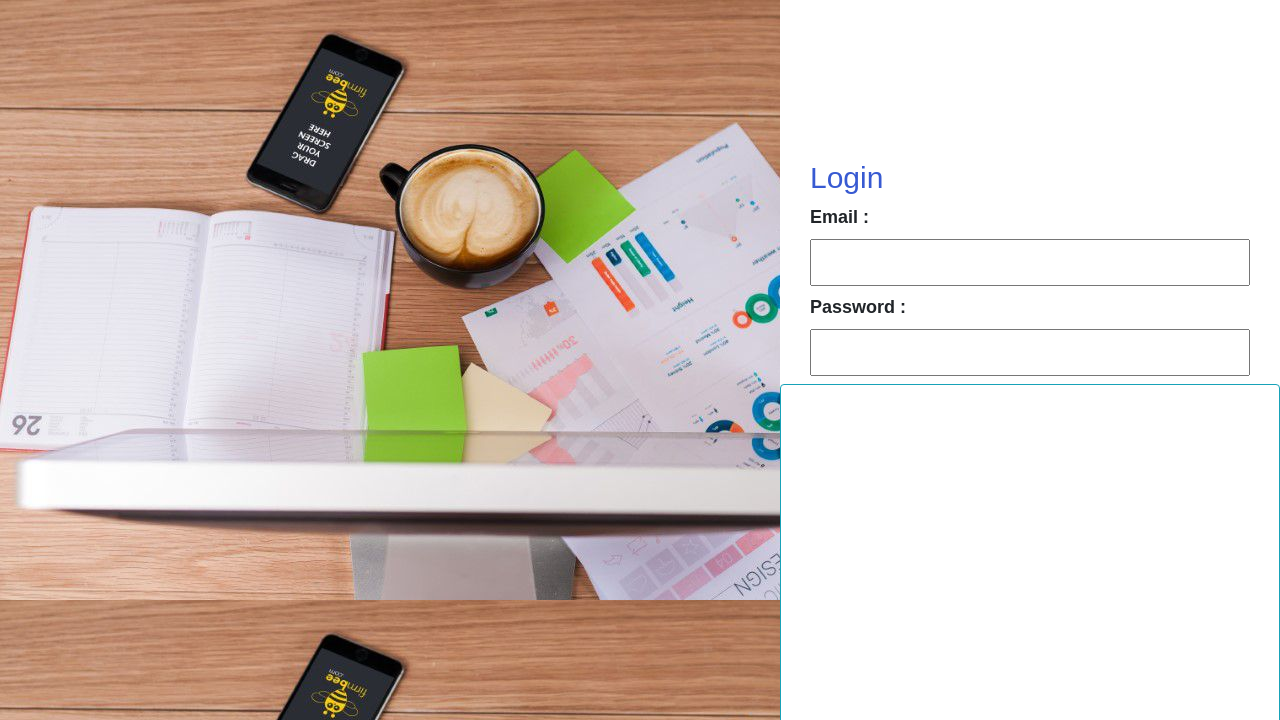
Repository: bayulalu/sekolah-orgaisasi
Page: http://localhost/login-user
An editor plug-in stored every save of this project. The page is shown before and after the next save, followed by the edit.
The browser window is 1280 px wide. The pictures show the whole page.
The page is served by the project's Laravel application, run on PHP 8.4 with Laravel 8.

Above is the page before, as saved 2020-07-19 14:23:33.

After the next save:
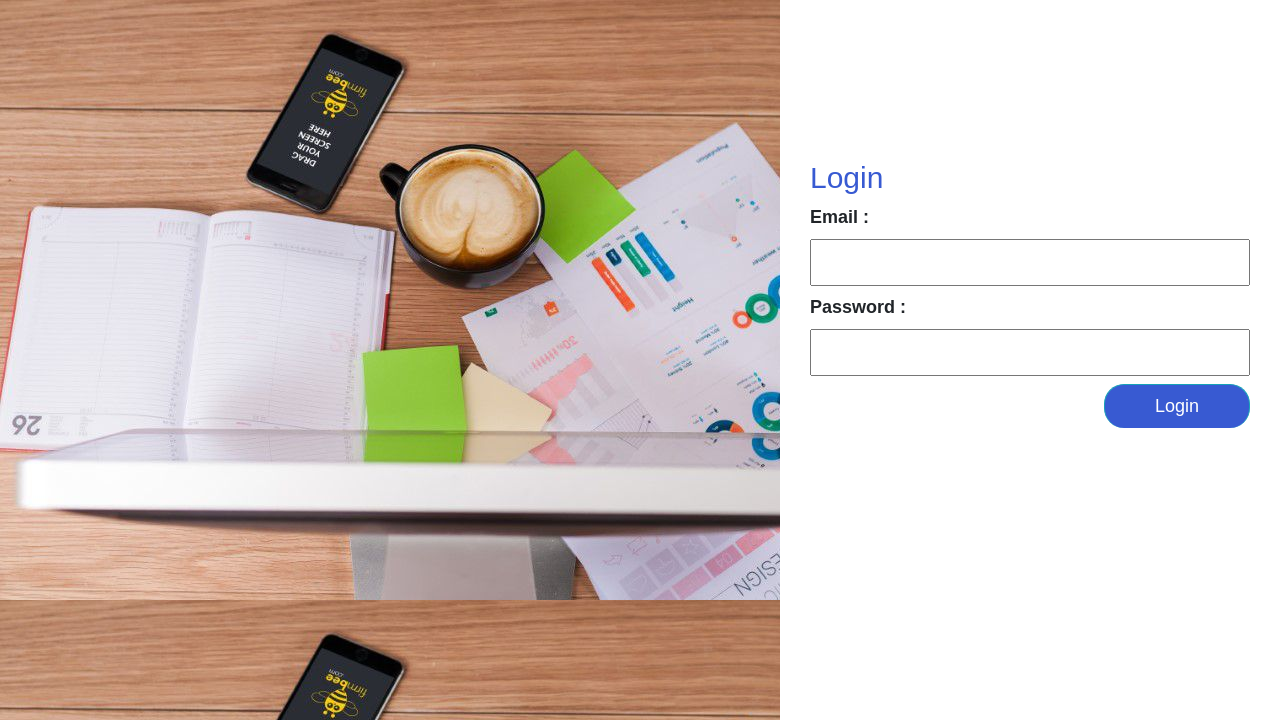
Saved 5 s later.
--- a/resources/views/auth2/login.blade.php
+++ b/resources/views/auth2/login.blade.php
@@ -25,7 +25,7 @@
         <div class="check">
 
       </div>
-            <input class="btn btn-info login" type="button" name="" value="Login">
+            <input class="btn btn-info login-btn" type="button" name="" value="Login">
       </form>
     </div>
 </body>
